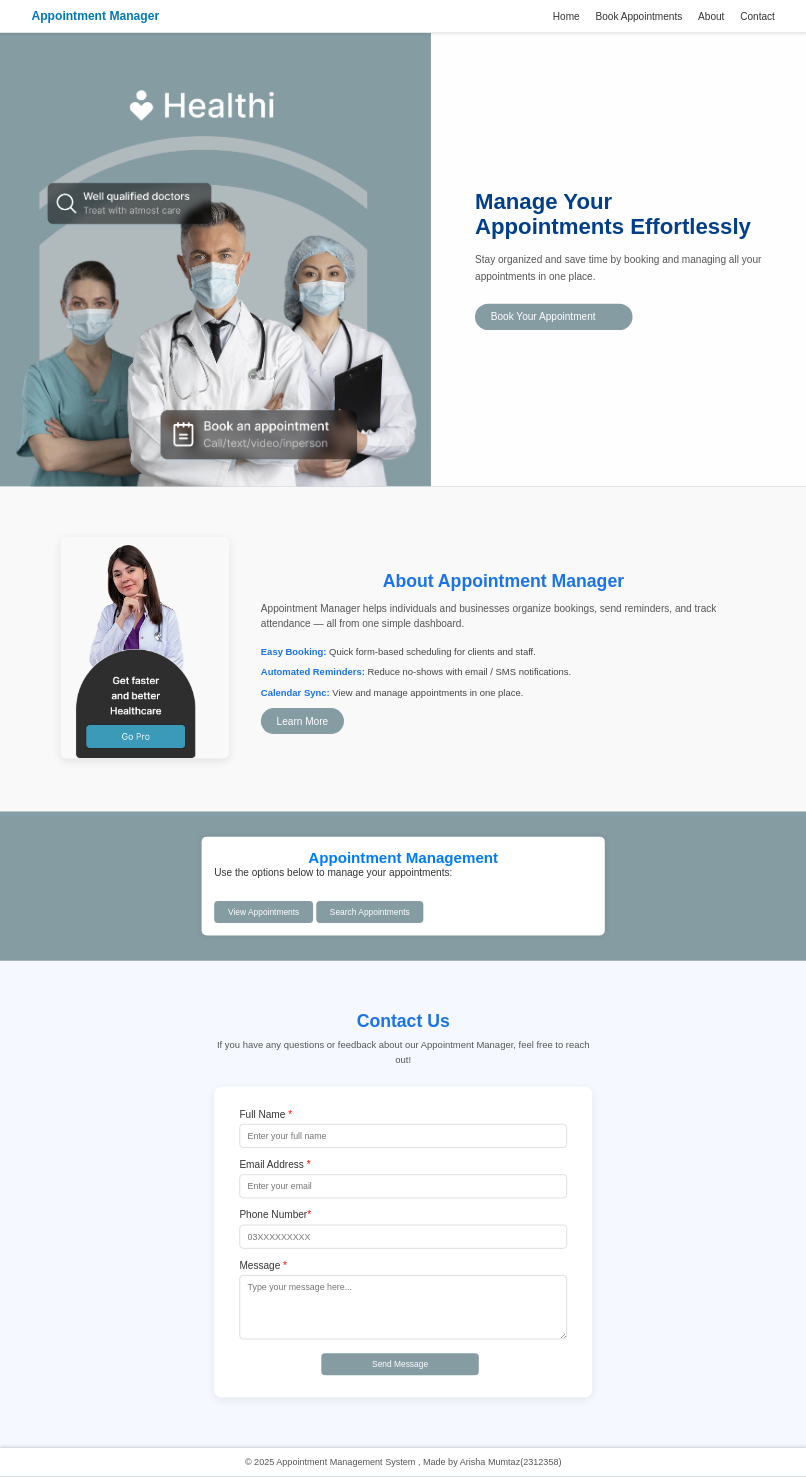
Repository: Arisha004/Hospital-Appointment-Management-System
Page: landingpage.html
These files come from the project's save history. The page is drawn as it stood at one moment and after the next save; the edit follows.
The browser window is 1280 px wide. The pictures show the whole page, at 63% of full size.

Above is the page before, as saved 2025-10-24 15:55:30.

### landingpage.html
<!DOCTYPE html>
<html lang="en">
<head>
  <meta charset="UTF-8">
  <meta name="viewport" content="width=device-width, initial-scale=1.0">
  <title>Appointment Management System</title>
  <link rel="stylesheet" href="style.css">
  <style>
    .container1 { width: 50%;margin: 40px auto; background: #fff; padding: 20px; border-radius: 8px; box-shadow: 0 0 10px rgba(0,0,0,0.1); }
  h2 { text-align: center; color: #007bff; }
    button{

  display: inline-block;
  background-color: #869CA3;
  color: #fff;
  padding: 10px 22px;
  border: none;
  border-radius: 6px;
  cursor: pointer;
  font-weight: 500;

  transition: 0.3s;
   text-align: center;
}

button:hover {
  background-color: #7498a3;
  transform: translateY(-2px);
}
a{
  color: white;
  text-decoration: none;
}
  </style>
</head>
<body>
  <header class="navbar">
    <div class="logo">Appointment Manager</div>
    <nav>
      <ul>
        <li><a href="#">Home</a></li>
        <li><a href="index.php">Book Appointments</a></li>
        <li><a href="#about">About</a></li>
        <li><a href="#contact">Contact</a></li>
      </ul>
    </nav>
  </header>


  <section class="landing">
      <div class="right"></div>
    <div class="left">
      <h1>Manage Your Appointments Effortlessly</h1>
      <p>Stay organized and save time by booking and managing all your appointments in one place.</p>
      <a href="index.php" class="btn">Book Your Appointment</a>
    </div>

  </section>
  </section>


  <section id="about" class="about">
    <div class="container about-inner">
      <div class="about-image" aria-hidden="true">

        <img src="images/pic2.png" alt="" />
      </div>
      <div class="about-content">
        <h2>About Appointment Manager</h2>
        <p>Appointment Manager helps individuals and businesses organize bookings, send reminders, and track attendance — all from one simple dashboard.</p>
        <ul class="features">
          <li><strong>Easy Booking:</strong> Quick form-based scheduling for clients and staff.</li>
          <li><strong>Automated Reminders:</strong> Reduce no-shows with email / SMS notifications.</li>
          <li><strong>Calendar Sync:</strong> View and manage appointments in one place.</li>
        </ul>
        <a href="about.html" class="btn">Learn More</a>
      </div>
    </div>
  </section>
  <section id="crudoperations">
    <div class="container1">
      <h2>Appointment Management</h2>
      <p>Use the options below to manage your appointments:</p><br><br>

      <button> <a href="list.php" >View Appointments</a></button>
       <button>  <a href="searching.php">Search Appointments</a></button>
      </div>

  </section>

  <section id="contact" class="contact">
    <div class="container contact-inner">
      <h2>Contact Us</h2>
      <p>If you have any questions or feedback about our Appointment Manager, feel free to reach out!</p>

      <form action="insertcontactform.php" method="post" class="contact-form">
        <div class="form-group">
          <label for="name">Full Name <span>*</span></label>
          <input type="text" id="name" name="name" placeholder="Enter your full name" required pattern="[A-Za-z\s]{3,}">
        </div>

        <div class="form-group">
          <label for="email">Email Address <span>*</span></label>
          <input type="email" id="email" name="email" placeholder="Enter your email" required>
        </div>

        <div class="form-group">
          <label for="phone">Phone Number<span>*</span></label>
          <input type="tel" id="phone" name="phone" placeholder="03XXXXXXXXX" required pattern="[0-9]{11}" title="Enter 11-digit number only">
        </div>

        <div class="form-group">
          <label for="message">Message <span>*</span></label>
          <textarea id="message" name="message" rows="5" placeholder="Type your message here..." required minlength="10"></textarea>
        </div>

        <button type="submit" class="btn">Send Message</button>
      </form>
    </div>

  </section>
  <footer>
    <p>© 2025 Appointment Management System , Made by Arisha Mumtaz(2312358)</p>
  </footer>
</body>
</html>

### style.css
/* Reset and fonts */
* {
  margin: 0;
  padding: 0;
  box-sizing: border-box;
  font-family: 'Poppins', sans-serif;
}

body {
  background: #869CA3;
  color: #333;
}
/* About Section */
.about {
  background-color: #f9f9f9;
  padding: 80px 0;
}

.about-inner {
  width: 85%;
  max-width: 1100px;
  margin: 0 auto;
  display: flex;
  align-items: center;
  justify-content: space-between;
  gap: 50px;
  flex-wrap: wrap; /* makes it responsive */
}

.about-image img {
  width: 100%;
  max-width: 450px;
  border-radius: 10px;
  box-shadow: 0 4px 15px rgba(0,0,0,0.1);
}

.about-content {
  flex: 1;
  min-width: 300px;
}

.about-content h2 {
  font-size: 28px;
  color: #1a73e8;
  margin-bottom: 15px;
}

.about-content p {
  font-size: 16px;
  color: #555;
  line-height: 1.6;
  margin-bottom: 20px;
}

.features {
  list-style: none;
  padding: 0;
  margin-bottom: 25px;
}

.features li {
  margin-bottom: 10px;
  color: #444;
  font-size: 15px;
  line-height: 1.5;
}

.features strong {
  color: #1a73e8;
}


/* Contact Section */
.contact {
  background-color: #f5f9ff;
  padding: 80px 0;
}

.contact-inner {
  width: 85%;
  max-width: 600px;
  margin: 0 auto;
  text-align: center;
}

.contact h2 {
  font-size: 28px;
  color: #1a73e8;
  margin-bottom: 10px;
}

.contact p {
  color: #555;
  margin-bottom: 30px;
  font-size: 15px;
  line-height: 1.6;
}

.contact-form {
  background-color: #fff;
  padding: 35px 40px;
  border-radius: 12px;
  box-shadow: 0 4px 15px rgba(0,0,0,0.08);
  text-align: left;
}

.form-group {
  margin-bottom: 18px;
}

label {
  display: block;
  font-weight: 500;
  margin-bottom: 6px;
  color: #333;
}

label span {
  color: red;
}

input, textarea {
  width: 100%;
  padding: 10px 12px;
  border: 1px solid #ccc;
  border-radius: 6px;
  font-size: 14px;
  outline: none;
  transition: border-color 0.3s ease;
}

input:focus, textarea:focus {
  border-color: #1a73e8;
  box-shadow: 0 0 5px rgba(26,115,232,0.3);
}


.contact-form .btn {
  display: inline-block;
  background-color: #869CA3;
  color: #fff;
  padding: 10px 22px;
  border: none;
  border-radius: 6px;
  cursor: pointer;
  font-weight: 500;

  margin-left: 130px;
  transition: 0.3s;
   text-align: center;
}

.contact-form .btn:hover {
  background-color: #7498a3;
  transform: translateY(-2px);
}

/* Navbar */
.navbar {
  display: flex;
  justify-content: space-between;
  align-items: center;
  padding: 15px 50px;
  background: #fff;
  box-shadow: 0 2px 5px rgba(0,0,0,0.1);
  position: sticky;
  top: 0;
  z-index: 10;
}

.navbar .logo {
  font-weight: 700;
  font-size: 1.2rem;
  color: #0077b6;
}

.navbar ul {
  display: flex;
  list-style: none;
}

.navbar ul li a {
  text-decoration: none;
  color: #333;
  margin-left: 25px;
  transition: 0.3s;
}

.navbar ul li a:hover {
  color: #0077b6;
}

/* Split Landing Section */
.landing {
  display: flex;
  height: 100vh;
}


  button{

  display: inline-block;
  background-color: #869CA3;
  color: #fff;
  padding: 10px 22px;
  border: none;
  border-radius: 6px;
  cursor: pointer;
  font-weight: 500;

  transition: 0.3s;
   text-align: center;
}

button:hover {
  background-color: #7498a3;
  transform: translateY(-2px);
}
/* Left Text Section */
.landing .left {
  flex: 1;
  width: 50%;
  display: flex;
  flex-direction: column;
  justify-content: center;
  padding: 0 70px;
  background: #fefefe;
}

.landing .left h1 {
  font-size: 2.2rem;
  color: #023e8a;
  margin-bottom: 20px;
}

.landing .left p {
  font-size: 1rem;
  color: #555;
  margin-bottom: 30px;
  line-height: 1.6;
}

.btn {
  background: #869CA3;
  color: #fff;
  padding: 12px 25px;
  border-radius: 30px;
  text-decoration: none;
  font-weight: 300;
  transition: 0.3s;
  width: 250px;
}

.btn:hover {
  background: #7498a3;
}

/* Right Image Section */
.landing .right {
  flex: 1.5;
  background:url(images/pic1.png);
  background-repeat: no-repeat;
  background-size: cover;
  position: relative;
}

.landing .right::after {
  content: "";
  position: absolute;
  inset: 0;
}

/* Footer */
footer {
  text-align: center;
  padding: 15px;
  background: #fff;
  box-shadow: 0 -2px 5px rgba(0,0,0,0.1);
  font-size: 0.9rem;
  color: #555;
}

After the next save:
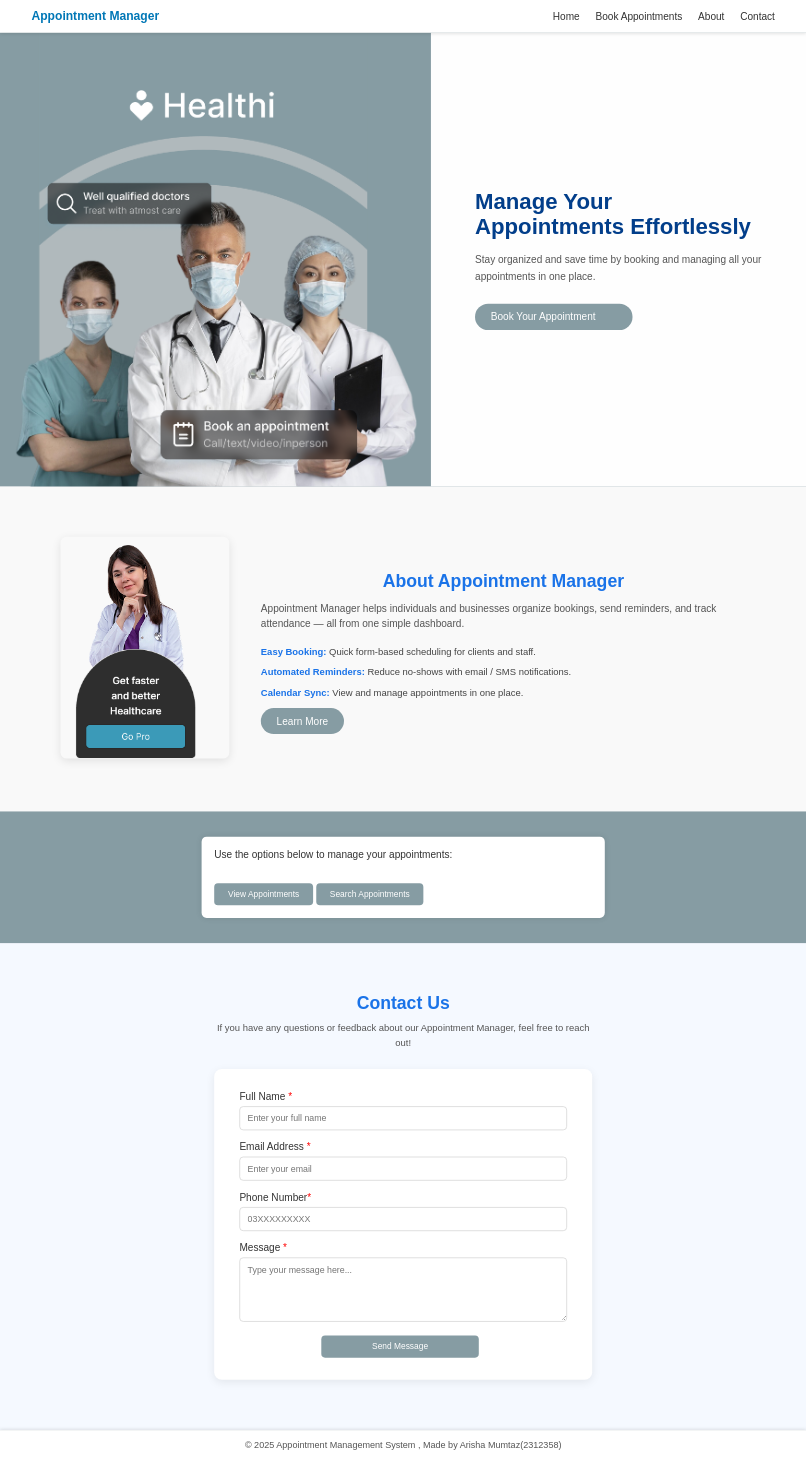
Saved 33 s later.
--- a/landingpage.html
+++ b/landingpage.html
@@ -79,7 +79,6 @@ a{
   </section>
   <section id="crudoperations">
     <div class="container1">
-      <h2>Appointment Management</h2>
       <p>Use the options below to manage your appointments:</p><br><br>
 
       <button> <a href="list.php" >View Appointments</a></button>
